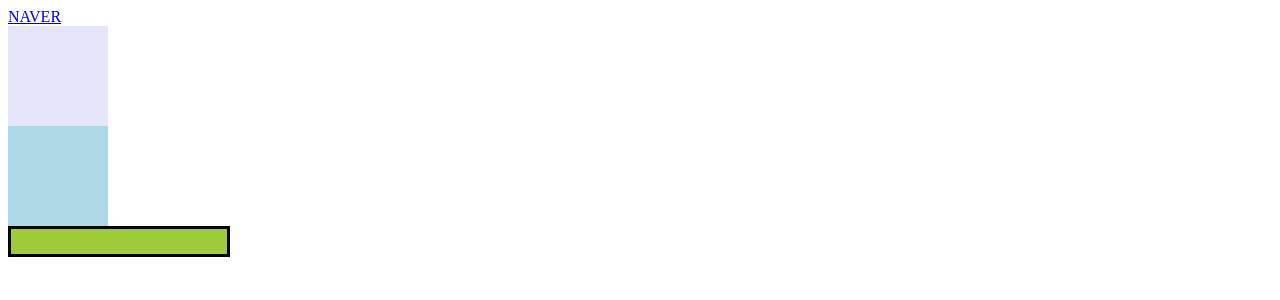
Repository: sangah-park98/jsp-class
Page: k20230508_1_css/src/main/webapp/03_가상클래스선택자1.html
These files come from the project's save history. The page is drawn as it stood at one moment and after the next save; the edit follows.
The browser window is 1280 px wide. The pictures show the whole page.
The first visible `input` has the focus.

Above is the page before, as saved 2023-05-08 03:16:46.

After the next save:
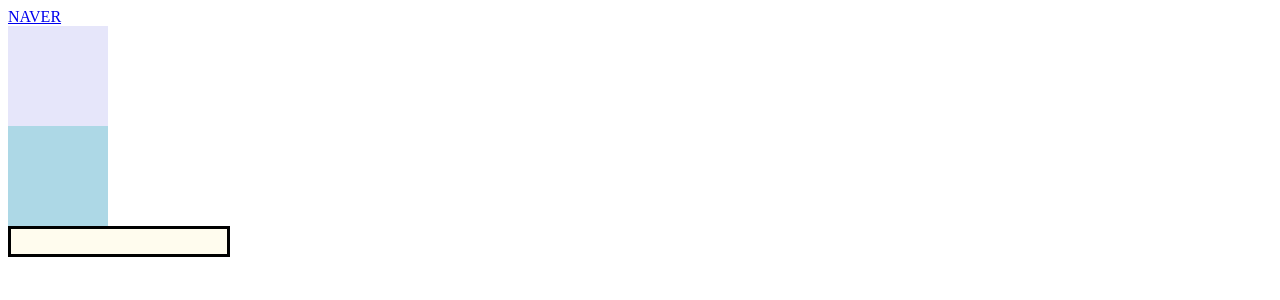
Saved 23 s later.
--- a/k20230508_1_css/src/main/webapp/03_가상클래스선택자1.html
+++ b/k20230508_1_css/src/main/webapp/03_가상클래스선택자1.html
@@ -51,7 +51,7 @@
 	}
 	input:focus {
 		width: 200px;
-		background-color: yellowgreen;
+		background-color: ivory;
 		border: 3px solid black;
 		transition-duration: 2s;
  	}
